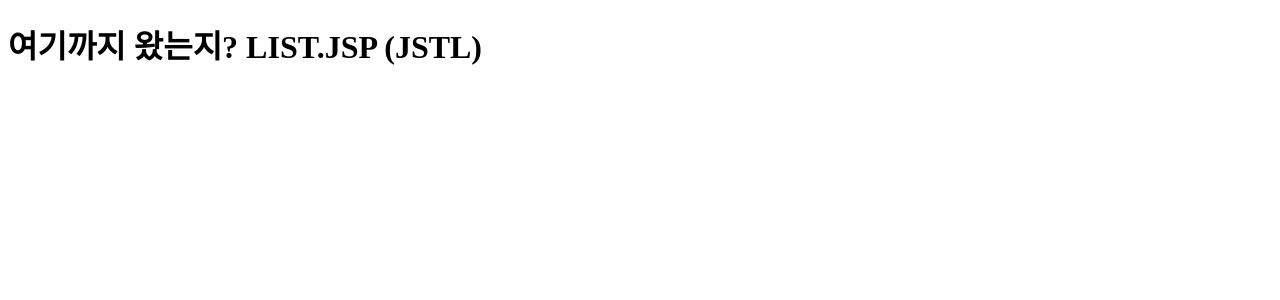
Repository: joeunpyeong/javaA
Page: http://localhost/05.Mybatis/jstl/list.jsp
These files come from the project's save history. The page is drawn as it stood at one moment and after the next save; the edit follows.
The browser window is 1280 px wide. The pictures show the whole page.
The page is served by Tomcat 9. Other server files are loaded and not shown.

Above is the page before, as saved 2023-05-23 01:31:04.

### 05.Mybatis/src/main/webapp/jstl/list.jsp
<%@ page language="java" contentType="text/html; charset=UTF-8"
    pageEncoding="UTF-8"%>
<!DOCTYPE html>
<html>
<head>
<meta charset="UTF-8">
<title>Insert title here</title>
</head>
<body>
	<h1>여기까지 왔는지? LIST.JSP (JSTL)</h1>
</body>
</html>

After the next save:
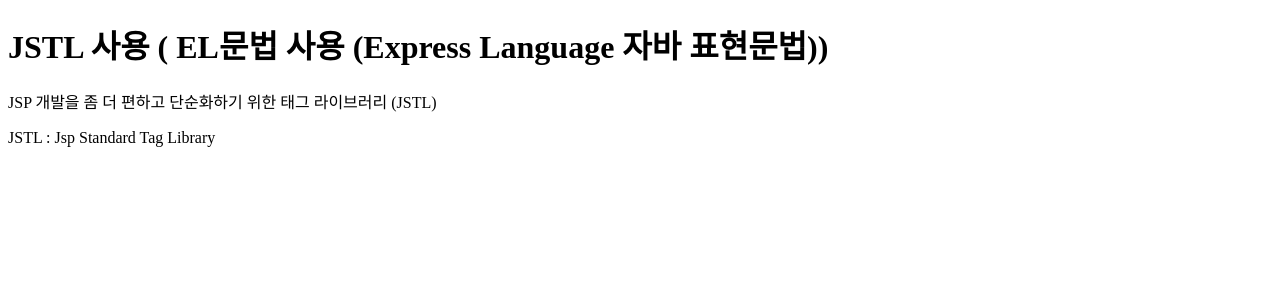
Saved 115 s later.
--- a/05.Mybatis/src/main/webapp/jstl/list.jsp
+++ b/05.Mybatis/src/main/webapp/jstl/list.jsp
@@ -7,6 +7,11 @@
 <title>Insert title here</title>
 </head>
 <body>
-	<h1>여기까지 왔는지? LIST.JSP (JSTL)</h1>
+	<h1>JSTL 사용 ( EL문법 사용 (Express Language 자바 표현문법))</h1>
+	<p>JSP 개발을 좀 더 편하고 단순화하기 위한 태그 라이브러리 (JSTL)</p>
+	<p>JSTL : Jsp Standard Tag Library</p>
+
+
+
 </body>
 </html>
